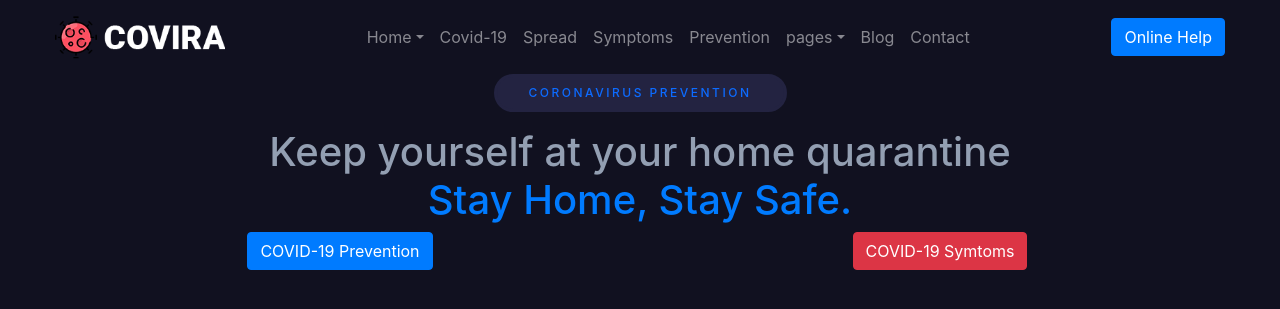
Repository: sitikhusushan/corona_updates
Page: index.html
An editor plug-in stored every save of this project. The page is shown before and after the next save, followed by the edit.
The browser window is 1280 px wide. The pictures show the whole page.

Above is the page before, as saved 2020-06-04 21:28:34.

### index.html
<!DOCTYPE html>
<html lang="en">
  <head>
    <meta charset="UTF-8" />
    <meta name="viewport" content="width=device-width, initial-scale=1.0" />
    <link rel="stylesheet" href="css/bootstrap.css" />
    <link rel="stylesheet" href="style.css" />
    <title>Covid-19</title>
  </head>
  <body>
    <header>
      <nav class="navbar navbar-expand-lg navbar-dark">
        <div class="container">
          <a class="logo" href="">
            <img src="image/logo-white.png" alt="coronavirus_logo"
          /></a>
          <!-- <div class="row">
          <div class="col-md-2 col-sm-2">
            <img src="image/logo-white.png" alt="coronavirus_logo" />
          </div>
          <div class="col-md-1 col-sm">
            <div class="dropdown">
              <button
                type="button"
                class="btn btn-danger dropdown-toggle"
                data-toggle="dropdown"
              >
                Home
              </button>
              <div class="dropdown-menu">
                <a class="dropdown-item" href="#">akjf</a>
                <a class="dropdown-item" href="#">alkdf</a>
                <a class="dropdown-item" href="#">akfjl</a>
                <a class="dropdown-item" href="#">ahdfjk</a>
                <a class="dropdown-item" href="#">ajlkdf</a>
                <a class="dropdown-item" href="#">kjahdf</a>
              </div>
            </div>
          </div>
          <div class="col-md-1 col-sm">
            COVID-19
          </div>
          <div class="col-md-1 col-sm">
            Spread
          </div>
          <div class="col-md-1 col-sm">
            Symptoms
          </div>
          <div class="col-md-1 col-sm">
            Prevention
          </div>
          <div class="col-md-1 col-sm">
            <div class="dropdown">
              <button
                type="button"
                class="btn btn-danger dropdown-toggle"
                data-toggle="dropdown"
              >
                Pages
              </button>
              <div class="dropdown-menu">
                <a class="dropdown-item" href="#"></a>
                <a class="dropdown-item" href="#"></a>
                <a class="dropdown-item" href="#"></a>
                <a class="dropdown-item" href="#"></a>
              </div>
            </div>
          </div>
          <div class="col-md-1 col-sm">Blog</div>
          <div class="col-md-1 col-sm">Contact</div>
          <div class="col-md-2 col-sm-2">
            <button class="btn btn-primary" type="button">Online Help</button>
          </div>
        </div> -->
          <div class="collapse navbar-collapse">
            <ul class="navbar-nav mx-auto">
              <li class="nav-item dropdown">
                <a
                  class="nav-link dropdown-toggle"
                  href="#"
                  data-toggle="dropdown"
                  aria-expanded="false"
                  >Home</a
                >
                <div class="dropdown-menu">
                  <a class="dropdown-item" href="#">Home one</a>
                  <a class="dropdown-item" href="#">Home one dark</a>
                  <a class="dropdown-item" href="#">Home two</a>
                  <a class="dropdown-item" href="#">Home two dark</a>
                  <a class="dropdown-item" href="#">Home three</a>
                  <a class="dropdown-item" href="#">Home three dark</a>
                </div>
              </li>
              <li class="nav-item">
                <a class="nav-link" href="#">Covid-19</a>
              </li>
              <li class="nav-item">
                <a class="nav-link" href="#">Spread</a>
              </li>
              <li class="nav-item">
                <a class="nav-link" href="#">Symptoms</a>
              </li>
              <li class="nav-item">
                <a class="nav-link" href="#">Prevention</a>
              </li>
              <li class="nav-item dropdown">
                <a
                  class="nav-link dropdown-toggle"
                  href="#"
                  data-toggle="dropdown"
                  aria-expanded="false"
                  >pages</a
                >
                <div class="dropdown-menu">
                  <a class="dropdown-item" href="#">Blog</a>
                  <a class="dropdown-item" href="#">Article</a>
                  <a class="dropdown-item" href="#">Contact</a>
                  <a class="dropdown-item" href="#">Outbrek news</a>
                </div>
              </li>
              <li class="nav-item">
                <a class="nav-link" href="#">Blog</a>
              </li>
              <li class="nav-item">
                <a class="nav-link" href="#">Contact</a>
              </li>
            </ul>
          </div>
          <a class="onlinehelp" href="">
            <i class="fas fa-headset"></i>
            <button class="btn btn-primary" type="button">Online Help</button>
          </a>
        </div>
      </nav>
    </header>
    <div class="banner">
      <div class="container">
        <div class="prevention">
          <p class="pre">CORONAVIRUS PREVENTION</p>
          <h1>
            Keep yourself at your home quarantine <br />
            <span class="text-primary"> Stay Home, Stay Safe.</span>
          </h1>
          <div class="row">
            <div class="col-md-6">
              <button class="btn btn-primary" type="button">
                COVID-19 Prevention
              </button>
            </div>
            <div class="col-md">
              <button class="btn btn-danger" type="button">
                COVID-19 Symtoms
              </button>
            </div>
          </div>
        </div>
      </div>
    </div>
  </body>
</html>
<script src="https://code.jquery.com/jquery-3.5.1.js"></script>
<script src="js/bootstrap.js"></script>

### style.css
body {
  background-color: #111120;
  color: #939fb2;
}

.container {
  max-width: 1200px;
}

nav {
  /* text-decoration: hidden; */
}

nav .container .logo img {
  max-width: 170px;
}

.banner {
  height: 100%;
  text-align: center;
}

.pre {
  font-size: 0.75rem;
  font-weight: 500;
  line-height: 1;
  letter-spacing: 2.5px;
  display: inline-block;
  border-radius: 800px;
  border: #232341 solid;
  background-color: #232341;
  color: #0d6bff;
  padding: 10px 32px;
  margin-bottom: 16px;
}

@font-face {
  font-family: "Barlow";
  src: url("font/Barlow-Black.woff2") format("woff2"),
    url("font/Barlow-Black.woff") format("woff"),
    url("font/Barlow-Black.svg#Barlow-Black") format("svg");
  font-weight: 900;
  font-style: normal;
}

@font-face {
  font-family: "Barlow";
  src: url("font/Barlow-Light.woff2") format("woff2"),
    url("font/Barlow-Light.woff") format("woff"),
    url("font/Barlow-Light.svg#Barlow-Light") format("svg");
  font-weight: 300;
  font-style: normal;
}

@font-face {
  font-family: "Barlow";
  src: url("font/Barlow-Medium.woff2") format("woff2"),
    url("font/Barlow-Medium.woff") format("woff"),
    url("font/Barlow-Medium.svg#Barlow-Medium") format("svg");
  font-weight: 500;
  font-style: normal;
}

@font-face {
  font-family: "Barlow";
  src: url("font/Barlow-ExtraBold.woff2") format("woff2"),
    url("font/Barlow-ExtraBold.woff") format("woff"),
    url("font/Barlow-ExtraBold.svg#Barlow-ExtraBold") format("svg");
  font-weight: 800;
  font-style: normal;
}

@font-face {
  font-family: "Barlow";
  src: url("font/Barlow-SemiBold.woff2") format("woff2"),
    url("font/Barlow-SemiBold.woff") format("woff"),
    url("font/Barlow-SemiBold.svg#Barlow-SemiBold") format("svg");
  font-weight: 600;
  font-style: normal;
}

@font-face {
  font-family: "Barlow";
  src: url("font/Barlow-Regular.woff2") format("woff2"),
    url("font/Barlow-Regular.woff") format("woff"),
    url("font/Barlow-Regular.svg#Barlow-Regular") format("svg");
  font-weight: normal;
  font-style: normal;
}

@font-face {
  font-family: "Barlow";
  src: url("font/Barlow-Thin.woff2") format("woff2"),
    url("font/Barlow-Thin.woff") format("woff"),
    url("font/Barlow-Thin.svg#Barlow-Thin") format("svg");
  font-weight: 100;
  font-style: normal;
}

@font-face {
  font-family: "Barlow";
  src: url("font/Barlow-Bold.woff2") format("woff2"),
    url("font/Barlow-Bold.woff") format("woff"),
    url("font/Barlow-Bold.svg#Barlow-Bold") format("svg");
  font-weight: bold;
  font-style: normal;
}

@font-face {
  font-family: "Barlow";
  src: url("font/Barlow-ExtraLight.woff2") format("woff2"),
    url("font/Barlow-ExtraLight.woff") format("woff"),
    url("font/Barlow-ExtraLight.svg#Barlow-ExtraLight") format("svg");
  font-weight: 200;
  font-style: normal;
}

Loaded but not shown: css/bootstrap.css (library); js/bootstrap.js (library)

After the next save:
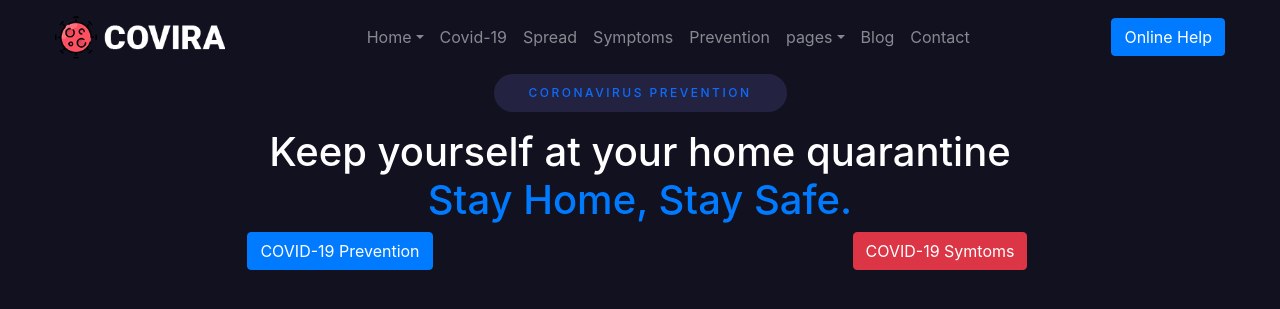
Saved 61 s later.
--- a/style.css
+++ b/style.css
@@ -18,6 +18,10 @@ nav .container .logo img {
 .banner {
   height: 100%;
   text-align: center;
+}
+
+h1 {
+  color: white;
 }
 
 .pre {
